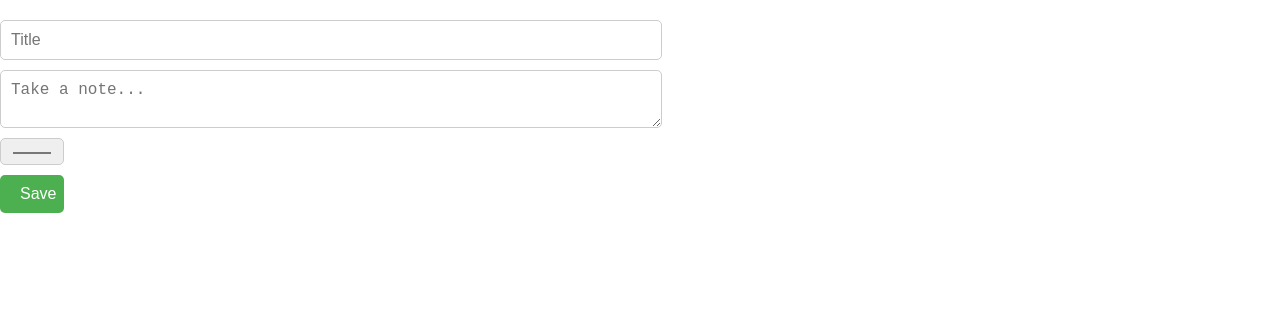
Repository: drumsmanku/google-keep-clone-1
Page: /
These files come from the project's save history. The page is drawn as it stood at one moment and after the next save; the edit follows.
The browser window is 1280 px wide. The pictures show the whole page.
The project was rebuilt for these pictures with package versions that can differ from the ones it lists, and the page was loaded fresh each time. Also part of the build but not shown: src/Components/Note.css, src/Components/Note.js.

Above is the page before, as saved 2023-12-23 10:52:48.

### src/App.js
import React, { useState, useEffect } from 'react';
import NoteList from './Components/NoteList';
import NoteForm from './Components/NoteForm';
import './App.css'

function App() {
  // Load notes from local storage or set to empty array
  const [notes, setNotes] = useState(JSON.parse(localStorage.getItem('notes')) || []);

  useEffect(() => {
    // Save notes to local storage whenever notes state changes
    localStorage.setItem('notes', JSON.stringify(notes));
  }, [notes]);

  const createNote = (note) => {
    note.editTimestamp = Date.now(); // Add edit timestamp when creating a note
    setNotes([note, ...notes]);
  };


  const deleteNote = (id) => {
    const updatedNotes = notes.filter(note => note.id !== id);
    setNotes(updatedNotes);
  };

  const editNote = (id, updatedNote) => {
    console.log({"updated":updatedNote})
    setNotes((prevNotes) => {
      return prevNotes.map(note =>
        note.id === id ? { ...note, ...updatedNote } : note
      );
    });
  };


  return (
    <div>
      <NoteForm onSave={createNote} />
      <NoteList notes={notes} onDelete={deleteNote} onEdit={editNote}  />

    </div>
  );
}

export default App;

### src/Components/NoteList.js
// NoteList does not need to change much, but it will pass the delete and edit functions down to Notes.
import React from 'react';
import Note from './Note';
import './NoteList.css';

function NoteList({ notes, onDelete, onEdit }) {
  return (
    <div className="note-list">
      {notes.map((note) => (
        <Note
          key={note.id}
          note={note}
          onDelete={onDelete}
          onEdit={onEdit}
        />
      ))}
    </div>
  );
}

export default NoteList;

### src/Components/NoteForm.js
// NoteForm will handle the creation of new notes.
import React, { useState } from 'react';
import './NoteForm.css'

function NoteForm({ onCreate }) {
  const [newNote, setNewNote] = useState({
    title: '',
    content: '',
    color: '#FFFFFF'
  });

  const handleSave = () => {
    if (newNote.title && newNote.content) {
      onCreate({ ...newNote, id: Date.now(), editTimestamp: Date.now() });
      setNewNote({ title: '', content: '', color: '#FFFFFF' }); // Reset the form
    }
  };

  const handleChange = (e) => {
    setNewNote({ ...newNote, [e.target.name]: e.target.value });
  };

  return (
    <div className="note-form">
      <input
        name="title"
        type="text"
        value={newNote.title}
        onChange={handleChange}
        placeholder="Title"
      />
      <textarea
        name="content"
        value={newNote.content}
        onChange={handleChange}
        placeholder="Take a note..."
      />
      <input
        name="color"
        type="color"
        value={newNote.color}
        onChange={handleChange}
      />
      <button onClick={handleSave}>Save</button>
    </div>
  );
}

export default NoteForm;

### src/Components/NoteList.css
.note-list {
  display: grid;
  grid-template-columns: repeat(auto-fill, minmax(250px, 1fr));
  gap: 20px;
}

### src/Components/NoteForm.css
.note-form {
  margin-top: 20px;
  display: flex;
  flex-direction: column;
}

.note-form input,
.note-form textarea {
  width: 50%;
  padding: 10px;
  margin-bottom: 10px;
  font-size: 16px;
  border: 1px solid #ccc;
  border-radius: 5px;
}

.note-form input[type='color']{
  width: 5%;
  padding: 10px;
  margin-bottom: 10px;
  font-size: 16px;
  border: 1px solid #ccc;
  border-radius: 5px;
  margin-right: 1rem;
}

.note-form button {
  width: 5%;
  padding: 10px 20px;
  font-size: 16px;
  border: none;
  border-radius: 5px;
  background-color: #4CAF50;
  color: white;
  cursor: pointer;
  transition: background-color 0.3s;
}

.note-form button:hover {
  background-color: #45a049;
}

### src/App.css
.app {
  max-width: 800px;
  margin: 20px auto;
  padding: 20px;
  border: 1px solid #ccc;
  border-radius: 5px;
  background-color: #fff;
  box-shadow: 0 0 10px rgba(0, 0, 0, 0.1);
}

Loaded but not shown: public/index.html (common file); src/index.js (common file); src/index.css (common file)

After the next save:
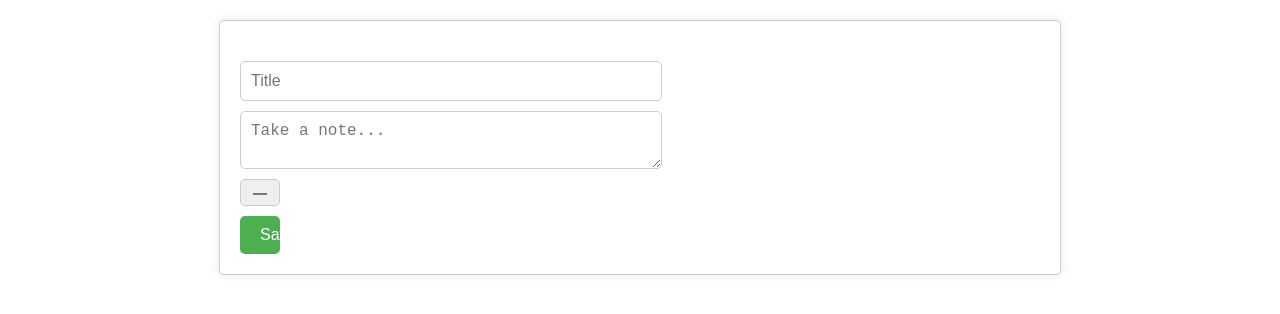
Saved 17 s later.
--- a/src/App.js
+++ b/src/App.js
@@ -1,43 +1,35 @@
 import React, { useState, useEffect } from 'react';
 import NoteList from './Components/NoteList';
 import NoteForm from './Components/NoteForm';
-import './App.css'
+import './App.css';
 
 function App() {
   // Load notes from local storage or set to empty array
-  const [notes, setNotes] = useState(JSON.parse(localStorage.getItem('notes')) || []);
+  const [notes, setNotes] = useState(
+    JSON.parse(localStorage.getItem('notes')) || []
+  );
 
+  // This effect saves notes to local storage whenever notes state changes
   useEffect(() => {
-    // Save notes to local storage whenever notes state changes
     localStorage.setItem('notes', JSON.stringify(notes));
   }, [notes]);
 
   const createNote = (note) => {
-    note.editTimestamp = Date.now(); // Add edit timestamp when creating a note
-    setNotes([note, ...notes]);
-  };
-
-
-  const deleteNote = (id) => {
-    const updatedNotes = notes.filter(note => note.id !== id);
-    setNotes(updatedNotes);
+    setNotes([note, ...notes]); // Prepend the new note to the beginning of the list
   };
 
   const editNote = (id, updatedNote) => {
-    console.log({"updated":updatedNote})
-    setNotes((prevNotes) => {
-      return prevNotes.map(note =>
-        note.id === id ? { ...note, ...updatedNote } : note
-      );
-    });
+    setNotes(notes.map(note => note.id === id ? updatedNote : note));
   };
 
+  const deleteNote = (id) => {
+    setNotes(notes.filter(note => note.id !== id)); // Remove note by id
+  };
 
   return (
-    <div>
-      <NoteForm onSave={createNote} />
-      <NoteList notes={notes} onDelete={deleteNote} onEdit={editNote}  />
-
+    <div className="app">
+      <NoteForm onCreate={createNote} />
+      <NoteList notes={notes} onDelete={deleteNote} onEdit={editNote} />
     </div>
   );
 }
